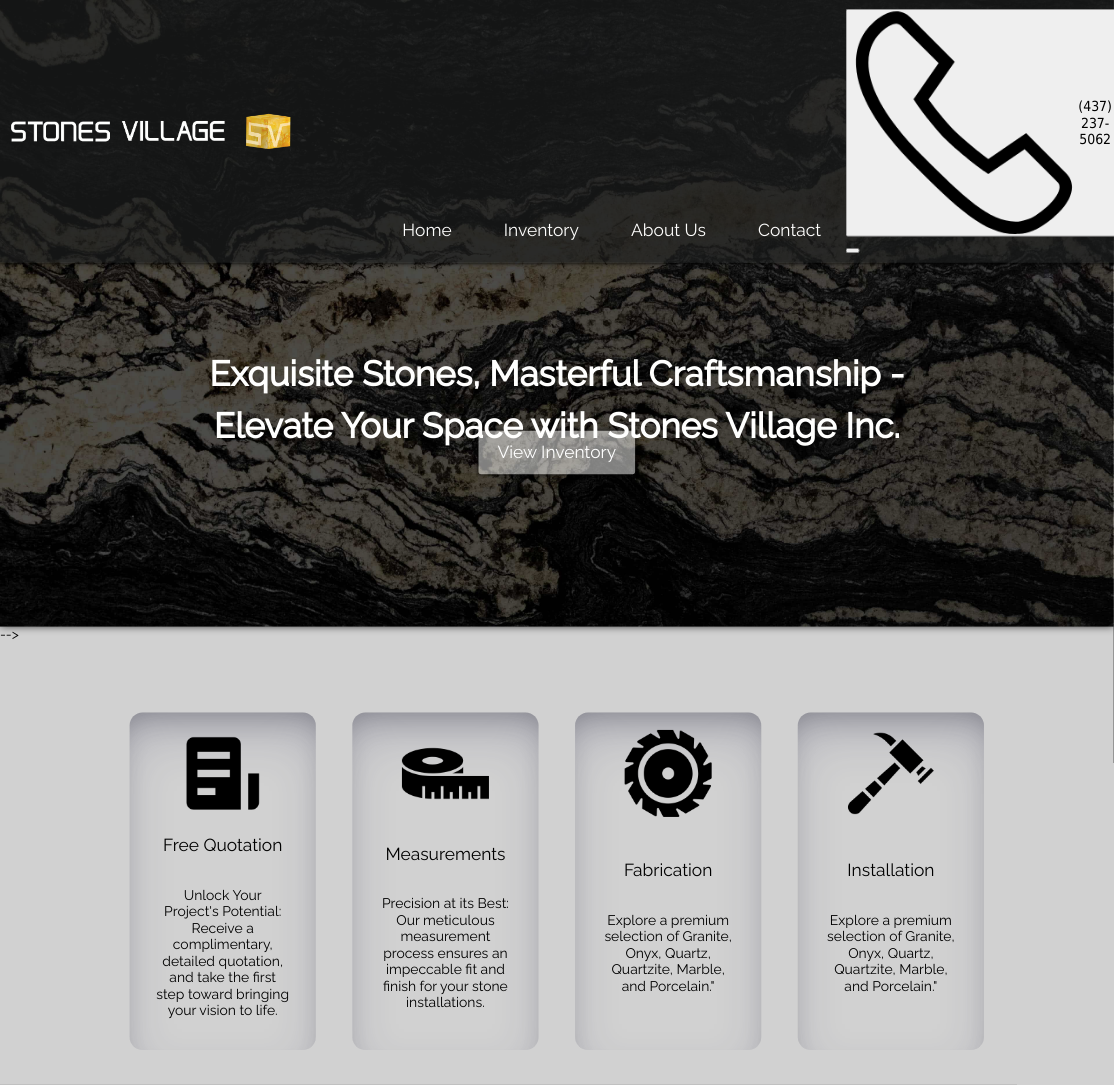
Repository: shayanabedi98/Stones-Village
Page: index.html
These files come from the project's save history. The page is drawn as it stood at one moment and after the next save; the edit follows.
The browser window is 1280 px wide. The pictures show the whole page, at 87% of full size.
Backgrounds fixed to the window are drawn as part of the page.

Above is the page before, as saved 2023-10-22 17:25:25.

After the next save:
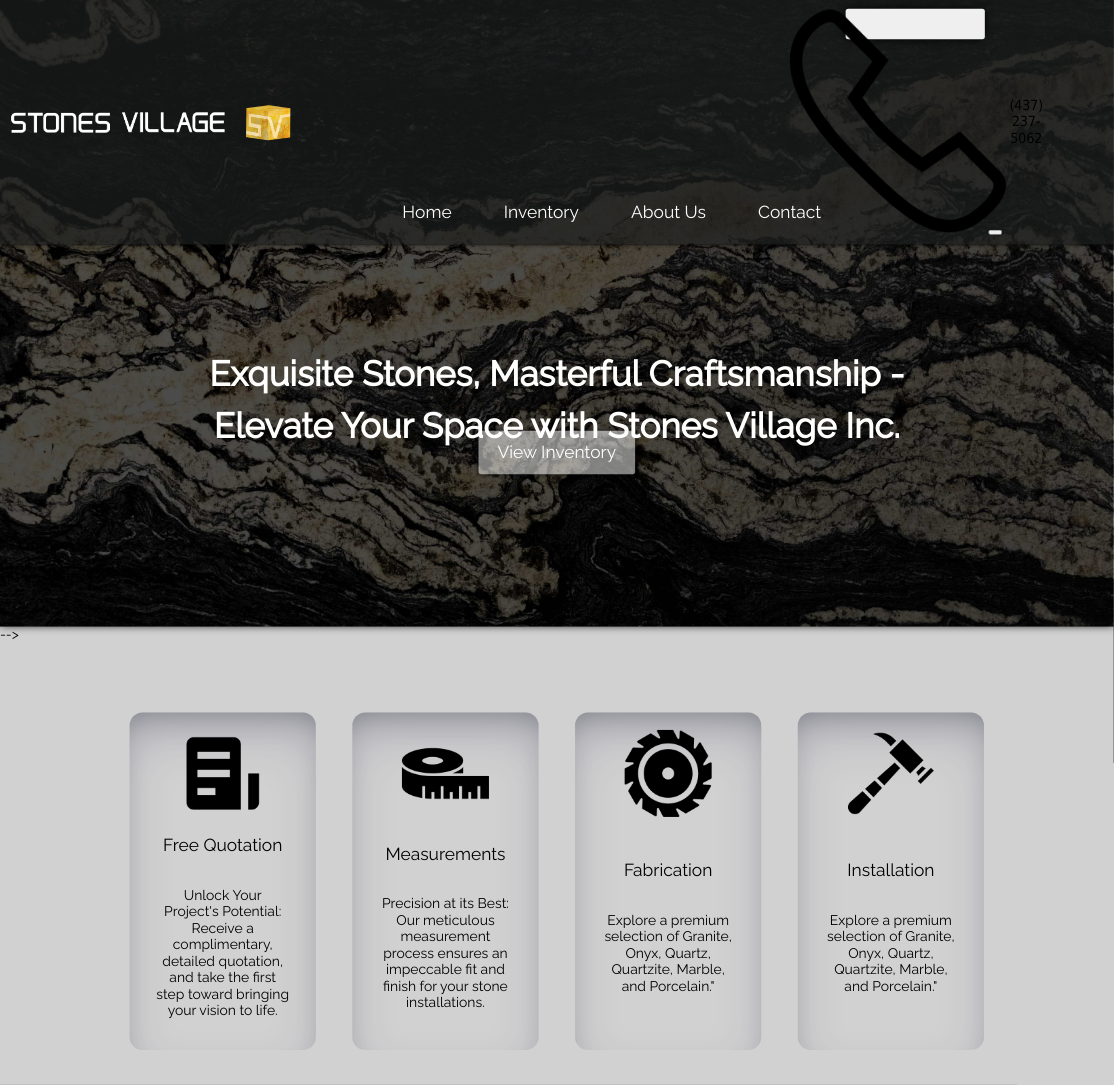
Saved 16 s later.
--- a/styles.css
+++ b/styles.css
@@ -71,7 +71,7 @@ body {
     align-items: center;
 }
 
-.navbar-tel button {
+#tel {
     height: 35px;
     width: 160px;
     border: none;
